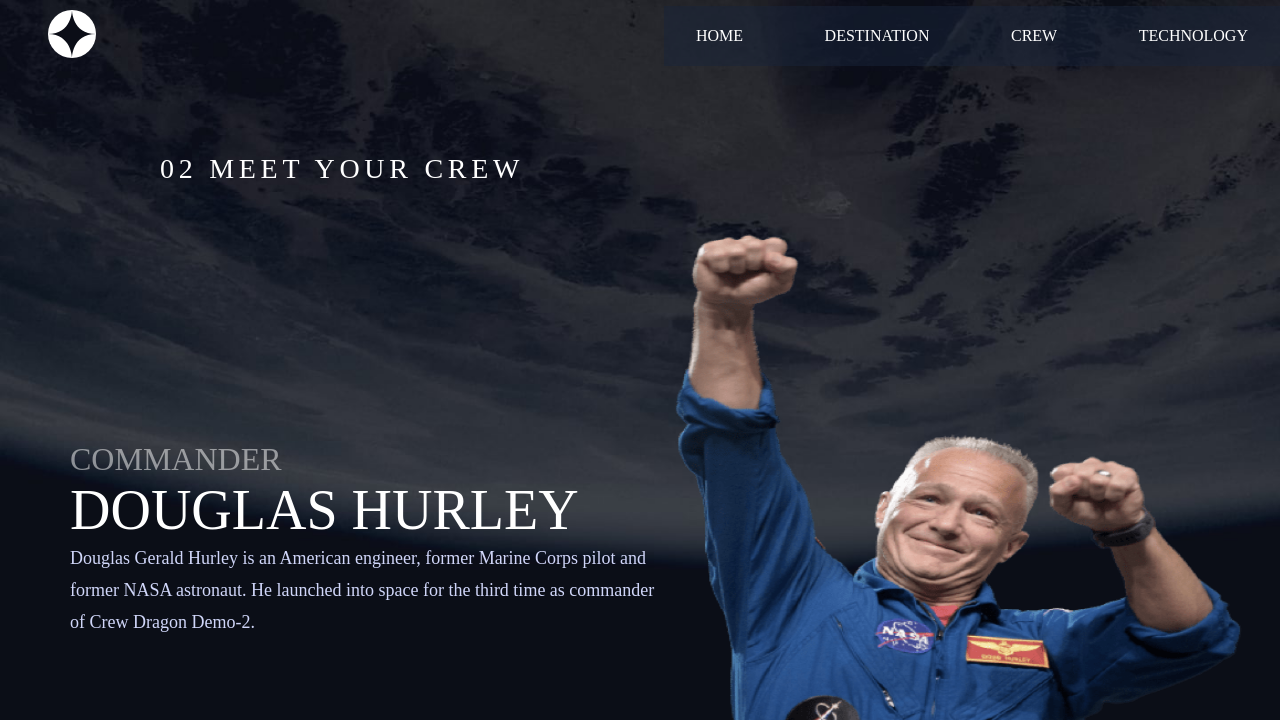
Repository: nilesjamex/space
Page: /Crew
The author's editor kept a copy of each file at every save. The page is drawn from the files as they stood at one save, then again after the next save.
The browser window is 1280 px wide. The pictures show the whole page.
The project was rebuilt for these pictures with package versions that can differ from the ones it lists, and the page was loaded fresh each time. The framework's server and built-in components were replaced by stand-ins that run in the browser. Also part of the build but not shown: next.config.js.

Above is the page before, as saved 2022-01-08 01:16:01.

### pages/Crew.js
import React from 'react'
import Creww from '../Components/Crew/Crew';

const Crew = () => {
    return (
        <div>
           <Creww />
        </div>
    )
}

export default Crew

### styles/globals.css
a {
  color: inherit;
  text-decoration: none;
}

*{
  margin: 0;
  padding: 0;
  box-sizing: border-box;
  max-width: 100%;
  max-height: 100vh;
  overflow-y: hidden;
}

li {
  list-style: none;
  cursor: pointer;
}

### Components/Crew/Crew.js
import React from 'react';
import styles from './crew.module.css'
import Nav from '../../Layout/Nav';
import Image from 'next/image';
import Members from './Members/Members'

const Crew = () => {

  return (
    <div className={styles.home}>
     <div>
         <Nav/>
        </div>
        <div>
        <div>
           <h3 className={styles.hometext}> 02 Meet your crew</h3>
        </div>
        </div>
        <div>
        <Members />
        </div>
    </div>
  )
}

export default Crew

### Components/Crew/crew.module.css
.home {
    background: url(../../public/assets/crew/background-crew-desktop.jpg);
    background-size: cover;
    height: 100vh;
}
.hometext {
    font-family: Barlow Condensed;
    font-style: normal;
    font-weight: normal;
    font-size: 28px;
    line-height: 34px;letter-spacing: 4.725px;
    text-transform: uppercase;
    color: #FFFFFF;
    margin: 5rem 0 1rem 10rem;
}

### Layout/Nav.js
import React from 'react';
import styles from './nav.module.css';
import Link from 'next/link'

const Nav = ({children}) => {
    return (
       <div className={styles.navBody}>
        <nav className={styles.nav}>
         <div>
            <svg width="48" height="48" viewBox="0 0 48 48" fill="none" xmlns="http://www.w3.org/2000/svg">
<circle cx="24" cy="24" r="24" fill="white"/>
<path fillRule="evenodd" clipRule="evenodd" d="M24 0C24 0 24 24 0 24C23.5776 24.1714 24 48 24 48C24 48 24 24 48 24C24 24 24 0 24 0Z" fill="#0B0D17" />
</svg>
  </div>

<ul className={styles.ul}>
<li><Link href="/"> HOME </Link></li>
<li><Link href="/Destinations">DESTINATION </Link></li>
<li><Link href="/Crew">CREW</Link></li>
<li><Link href="/Technology">TECHNOLOGY</Link></li>
</ul>
        </nav>
      <div className={styles.mainBody}> {children} </div>
</div>
    )
}

export default Nav

### Components/Crew/Members/Members.js
import React from 'react'
import Slider from "react-slick";
import "slick-carousel/slick/slick.css";
import "slick-carousel/slick/slick-theme.css";
import Image from 'next/image';
import styles from './Members.module.css'
import Doug from '../../../public/assets/crew/image-douglas-hurley.png'
const Members = () => {
    const settings = {
      dots: true,
      infinite: true,
      slidesToShow: 1,
      slidesToScroll: 1,
      autoplay: true,
      speed: 5000,
      autoplaySpeed: 5000,
      cssEase: "linear"
    };

    return (
        <div>
        <div className={styles.crewSplit}>
        <div className={styles.crewText}>
        <p className={styles.crewtexthead}>Commander</p>
        <h2 className={styles.crewtextsub}>Douglas Hurley</h2>
        <p className={styles.crewtextbody}> Douglas Gerald Hurley is an American engineer, former Marine Corps pilot
  and former NASA astronaut. He launched into space for the third time as
  commander of Crew Dragon Demo-2.</p>

        </div>
        <div className={styles.crewImage}>
        <Image src={Doug} alt="crew" height="590px" width="568px" />
        </div>
        </div>
          <Slider {...settings}>
        </Slider>
        </div>
    )
}

export default Members

### Layout/nav.module.css
.nav {
    display: flex;
    justify-content: space-between;
    align-items: center;
    padding-left: 3rem;
    width: 100%;
    height: 10vh;

}

.ul {
    display: flex;
    width: 50%;
    justify-content: space-between;
    align-items: center;
    color: #fff;
    background-color: rgba(24, 36, 59, 0.5);
    height: 60px;
    padding: 0 2rem;

}

.navBody {
    height: 100%;
}

### Components/Crew/Members/Members.module.css
.crewSplit {
    display: flex;
    justify-content: space-around;
    margin: 2rem 2rem 0 4rem;
}
.crewText {
    width: 50%;
    align-self: center;
}
.crewtexthead {
    font-family: Bellefair;
    font-style: normal;
    font-weight: normal;
    font-size: 32px;
    line-height: 37px;
    /* identical to box height */
    text-transform: uppercase;
    color: #FFFFFF;
    mix-blend-mode: normal;
    opacity: 0.5;
}
.crewtextsub {
    font-family: Bellefair;
    font-style: normal;
    font-weight: normal;
    font-size: 56px;
    line-height: 64px;
    text-transform: uppercase;
    color: #FFFFFF;
}
.crewtextbody {
    font-family: Barlow;
    font-style: normal;
    font-weight: normal;
    font-size: 18px;
    line-height: 32px;
    /* or 178% */
    color: #D0D6F9;

}
.crewImage {
    z-index: 10;
    padding-bottom: 1rem;
}

Loaded but not shown: pages/_app.js (common file)

After the next save:
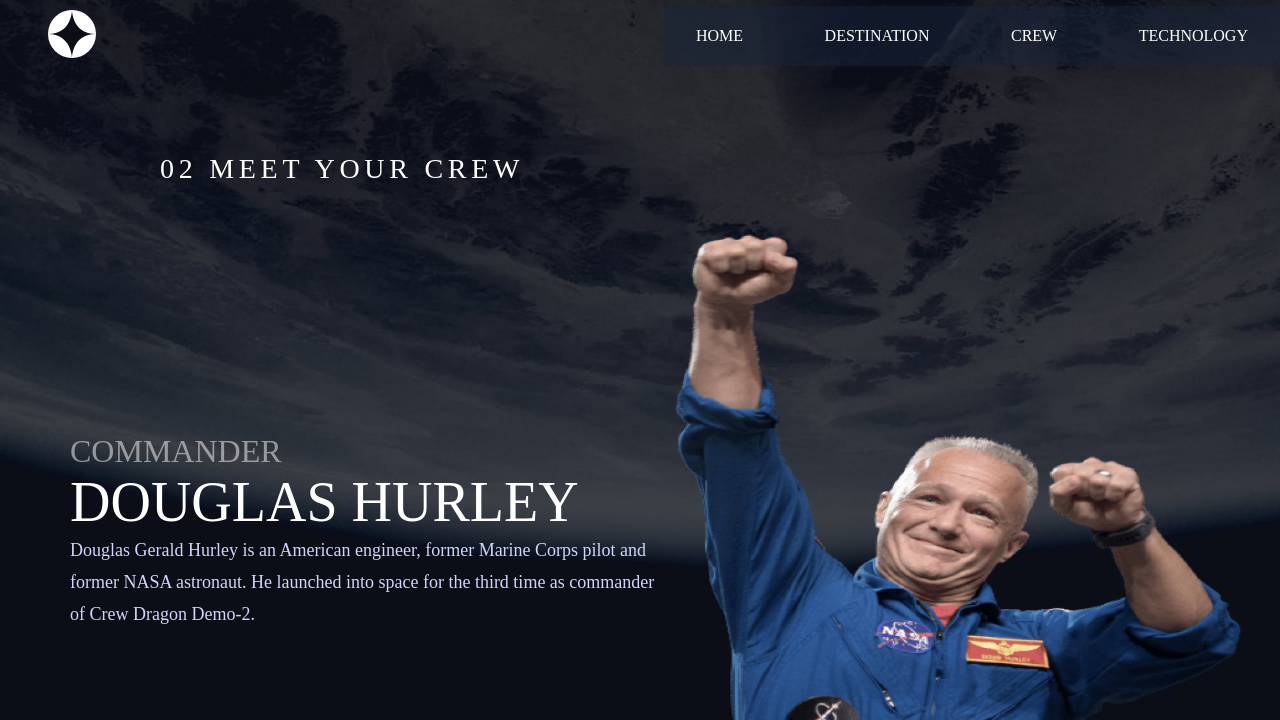
Saved 18 s later.
--- a/Components/Crew/Members/Members.module.css
+++ b/Components/Crew/Members/Members.module.css
@@ -39,6 +39,5 @@
 
 }
 .crewImage {
-    z-index: 10;
-    padding-bottom: 1rem;
+    z-index: 1;
 }
